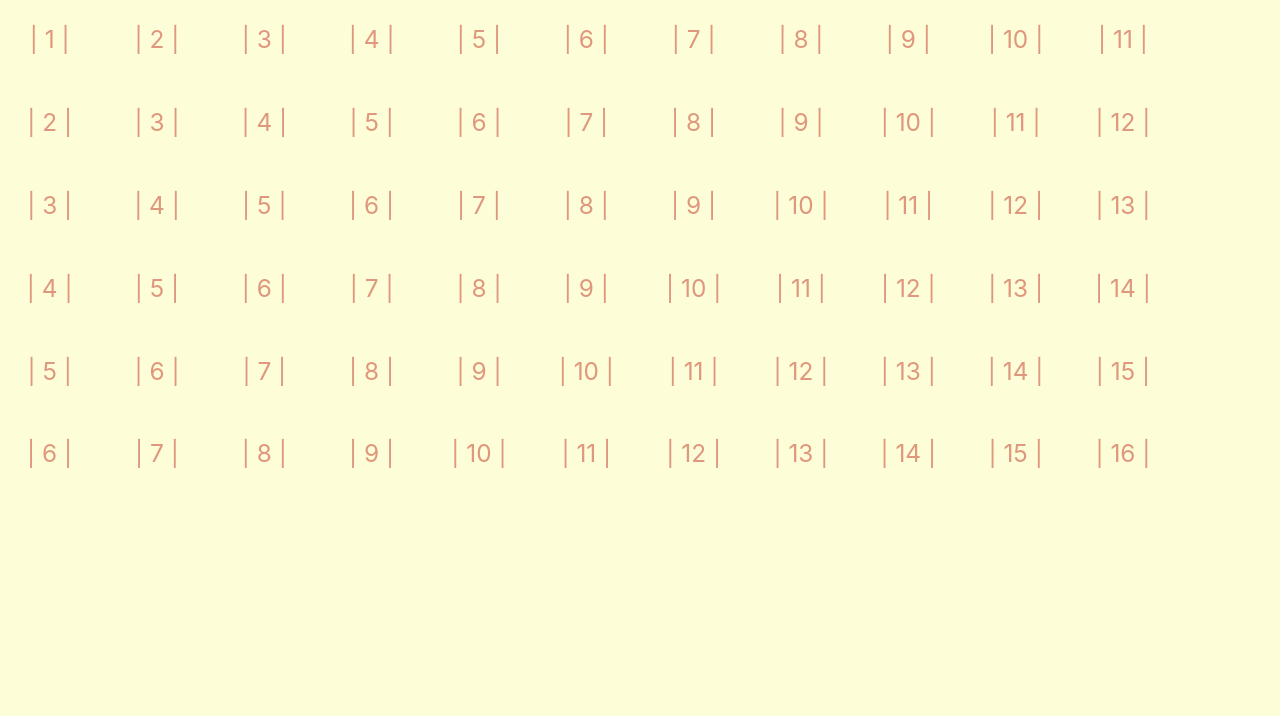
Repository: ghbamorim/megasenaapi
Page: / (app in mega-sena-client/)
The author's editor kept a copy of each file at every save. The page is drawn from the files as they stood at one save, then again after the next save.
The browser window is 1280 px wide. The page is 1284 px wide, so the pictures cover 1284 px, including what lies to the right of the window. The pictures show the whole page.
The project was rebuilt for these pictures with package versions that can differ from the ones it lists, and the page was loaded fresh each time. Also part of the build but not shown: mega-sena-client/src/App.css.

Above is the page before, as saved 2021-09-12 09:48:11.

After the next save:
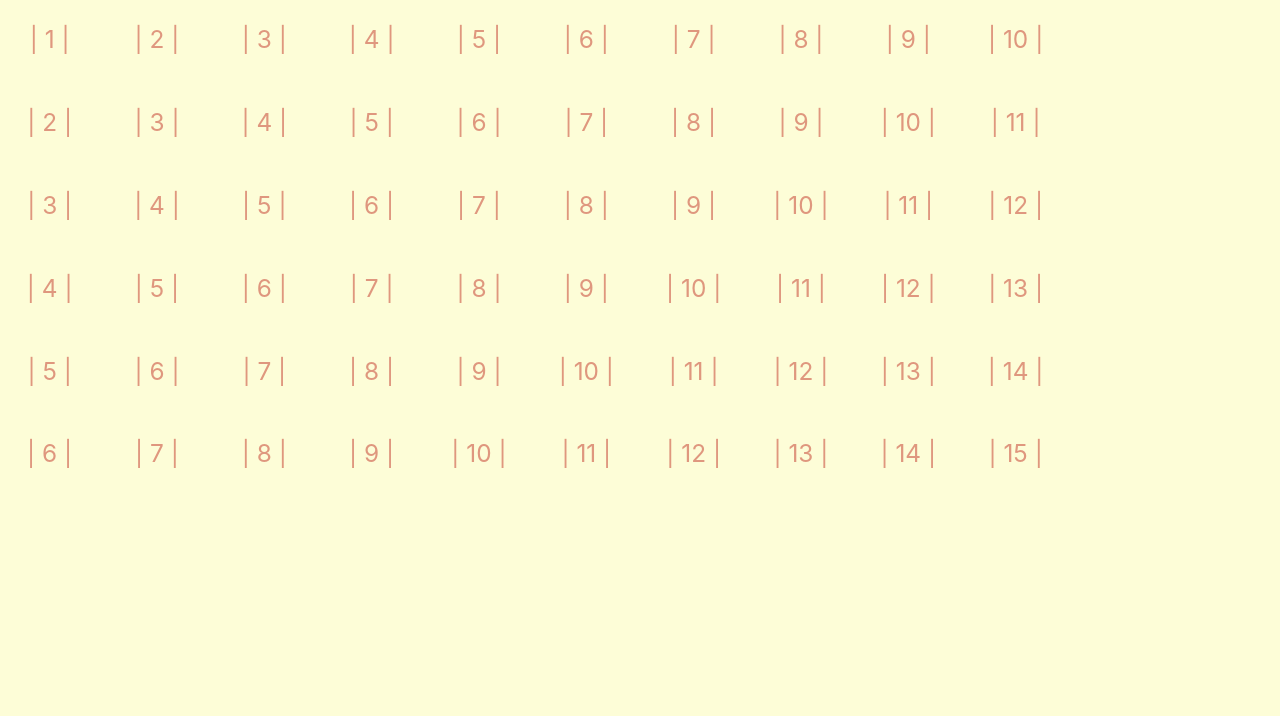
Saved 12 s later.
--- a/mega-sena-client/src/App.tsx
+++ b/mega-sena-client/src/App.tsx
@@ -33,7 +33,7 @@ function App() {
           {rows.map((i) => {
             return (
               <Grid container spacing={1}>
-                <Row startNumber={i} endNumber={i + 10} />
+                <Row startNumber={i} endNumber={i + 9} />
               </Grid>
             );
           })}
